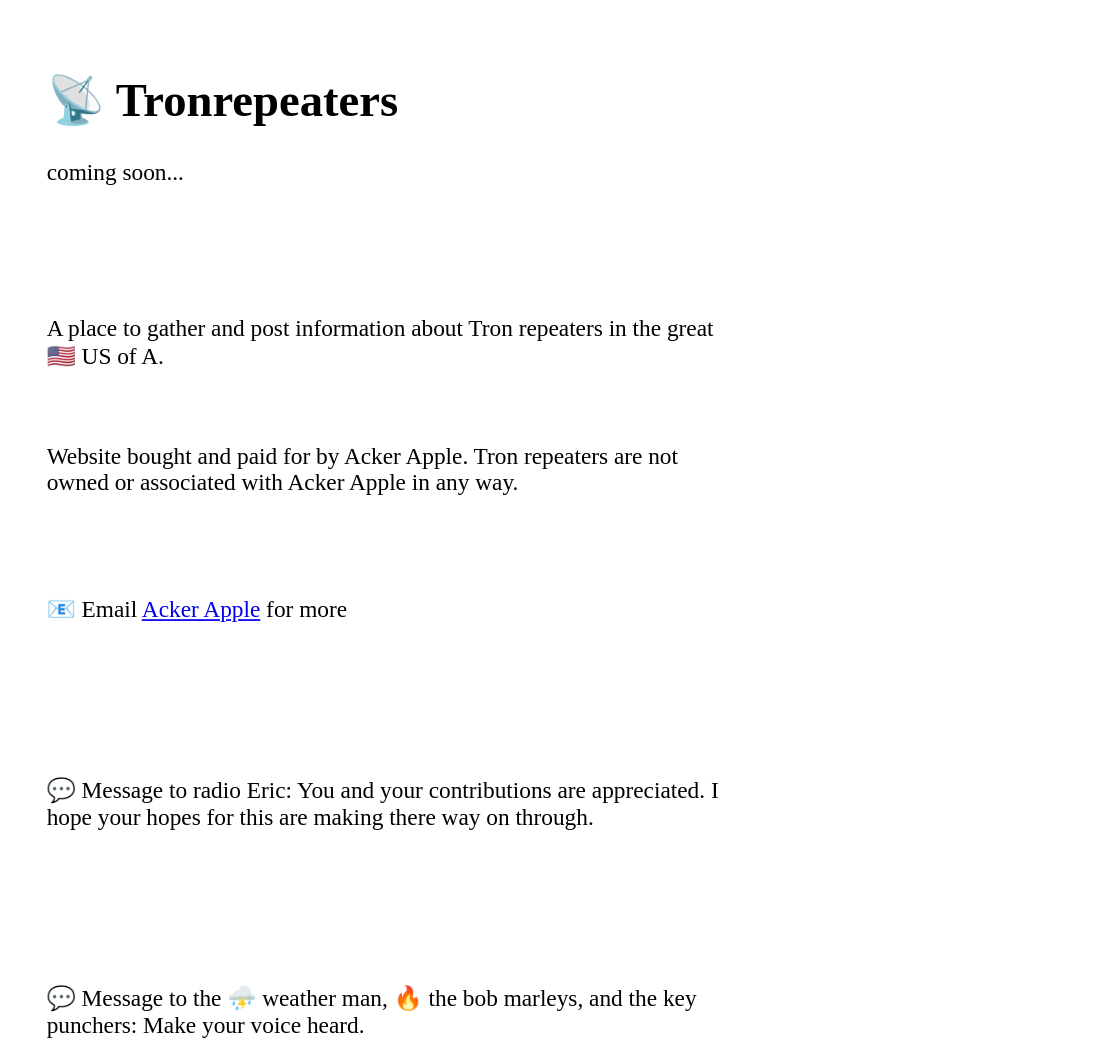
Repository: AckerApple/tronrepeaters
Page: index.html
These files come from the project's save history. The page is drawn as it stood at one moment and after the next save; the edit follows.
The browser window is 1280 px wide. The pictures show the whole page, at 86% of full size.

Above is the page before, as saved 2025-01-15 13:53:18.

### index.html
<!DOCTYPE html>
<html lang="en">
<head>
  <title>App</title>
  <meta charset="UTF-8" />
  <meta name="viewport" content="viewport-fit=cover, width=device-width, initial-scale=1, maximum-scale=1, minimum-scale=1, user-scalable=0" />
  <meta name="apple-mobile-web-app-title" content="App" />
  <meta name="apple-mobile-web-app-capable" content="yes" />
  <meta name="apple-mobile-web-app-status-bar-style" content="black" />
  <!-- emoji as favicon -->
  <link rel="icon" href="data:[embedded picture, 141 characters]" />
  <style>
    * {box-sizing:border-box;}
    html, body{width:100%;height:100%;padding:0;margin:0;}
    html {scroll-behavior:smooth;font-size:calc(22px + .4vw);}
    input[type="checkbox"], input[type="radio"] {width:1em;height:1em;}
    select, textarea, button, input {padding:.5vw;border-radius:.5vw;font-size:.9em;}
    a, summary {cursor: pointer}
  </style>
</head>
<body>
  <noscript style="color:red">Javascript is required but is turned off on your device</noscript>
  <div style="max-width: 800px;margin:2em;">
    <h1> 📡 Tronrepeaters</h1>
    <div>coming soon...</div>
    <br /><br /><br /><br />
    <p>A place to gather and post information about Tron repeaters in the great 🇺🇸 US of A.</p>
    <br />
    <p>Website bought and paid for by Acker Apple. Tron repeaters are not owned or associated with Acker Apple in any way.</p>
    <br /><br />
    <p>📧 Email <a href="mailto:me@ackerapple.com?subject=TronRepeaters">Acker Apple</a> for more</p>
    <br /><br /><br /><br />
    <p>💬 Message to radio Eric: You and your contributions are appreciated. I hope your hopes for this are making there way on through.</p>
    <br /><br /><br /><br />
    <p>💬 Message to the ⛈️ weather man, 🔥 the bob marleys, and the key punchers: Make your voice heard.</p>
  </div>
</body>
</html>

After the next save:
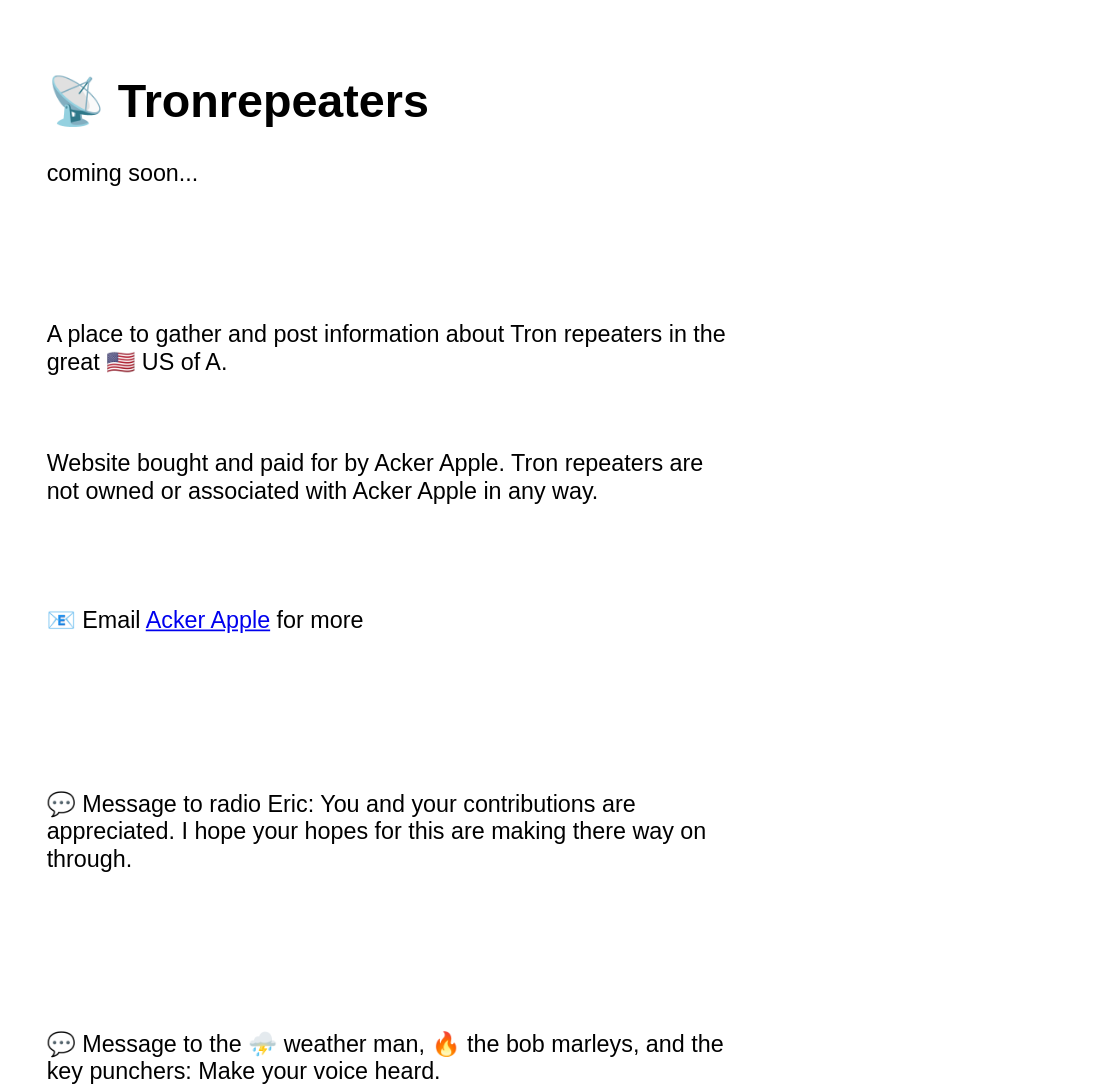
Saved 29 s later.
--- a/index.html
+++ b/index.html
@@ -11,7 +11,7 @@
   <link rel="icon" href="data:[embedded picture, 141 characters]" />
   <style>
     * {box-sizing:border-box;}
-    html, body{width:100%;height:100%;padding:0;margin:0;}
+    html, body{width:100%;height:100%;padding:0;margin:0;font-family: Arial, Helvetica, sans-serif;}
     html {scroll-behavior:smooth;font-size:calc(22px + .4vw);}
     input[type="checkbox"], input[type="radio"] {width:1em;height:1em;}
     select, textarea, button, input {padding:.5vw;border-radius:.5vw;font-size:.9em;}
